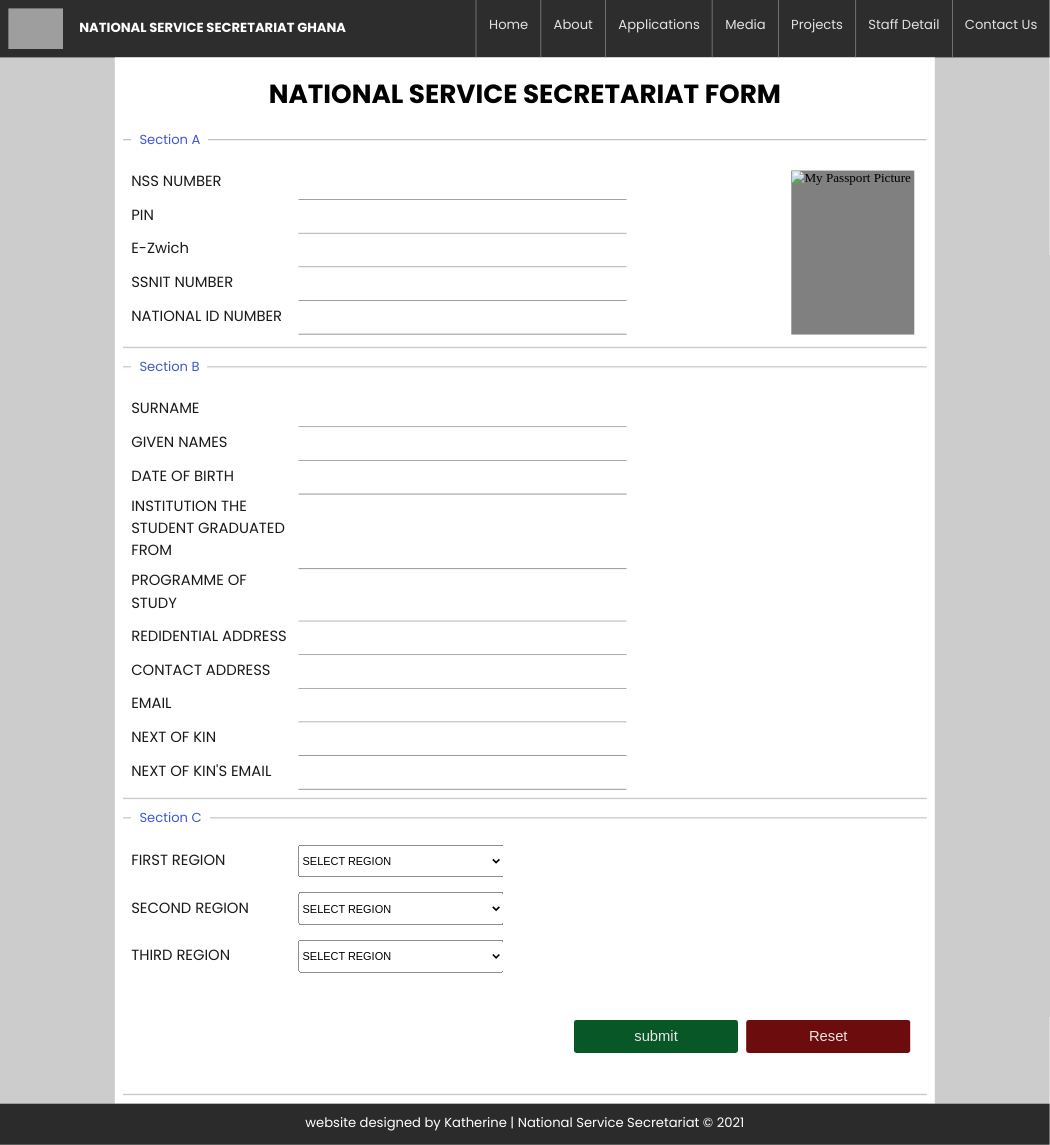
Repository: samuel355/nss
Page: index.html
These files come from the project's save history. The page is drawn as it stood at one moment and after the next save; the edit follows.
The browser window is 1280 px wide. The pictures show the whole page, at 82% of full size.
Pictures or frames that could not be fetched are drawn as grey boxes.

Above is the page before, as saved 2021-09-30 15:40:41.

### index.html
<!DOCTYPE html>
<html lang="en">
<head>
    <meta charset="UTF-8">
    <meta http-equiv="X-UA-Compatible" content="IE=edge">
    <meta name="viewport" content="width=device-width, initial-scale=1.0">
    <title>NSS PAGE</title>
    <link rel="stylesheet" href="styles.css">
    <link rel="shortcut icon" href="logo-nss.png" type="image/x-icon">
</head>
<body class="wrapper">
    <header>
        <img src="https://nss-git-main-samuel355.vercel.app/logo-nss.png" alt="NSS LOGO" class="nss-logo">
        <p class="nss-name">NATIONAL SERVICE SECRETARIAT GHANA</p>
        <ul class="menu">
            <li class="menu-item"><a class="menu-link" href="#">Home</a></li>
            <li class="menu-item"><a class="menu-link" href="#">About</a></li>
            <li class="menu-item"><a class="menu-link" href="#">Applications</a></li>
            <li class="menu-item"><a class="menu-link" href="#">Media</a></li>
            <li class="menu-item"><a class="menu-link" href="#">Projects</a></li>
            <li class="menu-item"><a class="menu-link" href="#">Staff Detail</a></li>
            <li class="menu-item"><a class="menu-link" href="#">Contact Us</a></li>
        </ul>
    </header>

    <main>
        <caption>
            <h1 class="nss-topic"> NATIONAL SERVICE SECRETARIAT FORM</h1>
        </caption>
        <form action="">
            <fieldset>
                <legend>Section A </legend>
                <img class="passport" src="" alt="My Passport Picture">
                <label for="nss number"> NSS NUMBER</label>
                <input type="text" name="nss-number" id="nss-number"> <br>

                <label for="pin">PIN</label>
                <input type="text" name="pin"> <br>

                <label for="pin">E-Zwich</label>
                <input type="text" name="e-zwich"><br>

                <label for="pin">SSNIT NUMBER</label>
                <input type="text" name="ssnit"><br>

                <label for="pin">NATIONAL ID NUMBER</label>
                <input type="text" name="id">
            </fieldset>
            <fieldset>
                <legend>Section B</legend>
                <label for="nss number"> SURNAME</label>
                <input type="text"> <br>

                <label for="pin">GIVEN NAMES</label>
                <input type="text"> <br>

                <label for="pin">DATE OF BIRTH</label>
                <input type="text"><br>

                <label for="pin">INSTITUTION THE STUDENT GRADUATED FROM</label>
                <input type="text"><br>

                <label for="pin">PROGRAMME OF STUDY</label>
                <input type="text" ><br>

                <label for="nss number"> REDIDENTIAL ADDRESS</label>
                <input type="text"> <br>

                <label for="pin">CONTACT ADDRESS</label>
                <input type="text"> <br>

                <label for="pin">EMAIL</label>
                <input type="text"><br>

                <label for="pin">NEXT OF KIN</label>
                <input type="text"><br>

                <label for="pin">NEXT OF KIN'S EMAIL</label>
                <input type="text" >
            </fieldset>
            <fieldset>
                <legend>Section C</legend>
                <label for="pin">FIRST REGION</label>
                <select name="region" id="region">
                    <option value="SELECT REGION">SELECT REGION</option>
                    <option value="ASHANTI REGION">ASHANTI REGION</option>
                    <option value="CENTRAL REGION">CENTRAL REGION</option>
                    <option value="EASTERN REGION">EASTERN REGION</option>
                    <option value="GREATER ACCRA">GREATER ACCRA</option>
                    <option value="VOLTA REGION">VOLTA REGION</option>
                    <option value="NORTHERN">NORTHERN</option>
                    <option value="WESTERN REGION">WESTERN REGION</option>
                    <option value="UPPER WEST REGION">UPPER WEST REGION</option>
                    <option value="UPPER EAST REGION">UPPER EAST REGION</option>
                    <option value="AHAFO REGION">AHAFO REGION</option>
                    <option value="BONO EAST REGION">BONO EAST REGION</option>
                    <option value="OTI REGION">OTI REGION</option>
                    <option value="NORTHERN EAST REGION">NORTHERN EAST REGION</option>
                    <option value="WESTERN NORTH REGION">WESTERN NORTH REGION</option>
                    <option value="BONO REGION">BONO REGION</option>
                </select> <br> <br>

                <label for="pin">SECOND REGION</label>
                <select name="region" id="region">
                    <option value="SELECT REGION">SELECT REGION</option>
                    <option value="ASHANTI REGION">ASHANTI REGION</option>
                    <option value="CENTRAL REGION">CENTRAL REGION</option>
                    <option value="EASTERN REGION">EASTERN REGION</option>
                    <option value="GREATER ACCRA">GREATER ACCRA</option>
                    <option value="VOLTA REGION">VOLTA REGION</option>
                    <option value="NORTHERN">NORTHERN</option>
                    <option value="WESTERN REGION">WESTERN REGION</option>
                    <option value="UPPER WEST REGION">UPPER WEST REGION</option>
                    <option value="UPPER EAST REGION">UPPER EAST REGION</option>
                    <option value="AHAFO REGION">AHAFO REGION</option>
                    <option value="BONO EAST REGION">BONO EAST REGION</option>
                    <option value="OTI REGION">OTI REGION</option>
                    <option value="NORTHERN EAST REGION">NORTHERN EAST REGION</option>
                    <option value="WESTERN NORTH REGION">WESTERN NORTH REGION</option>
                    <option value="BONO REGION">BONO REGION</option>
                </select> <br> <br>

                <label for="pin">THIRD REGION</label>
                <select name="region" id="region">
                    <option value="THIRD OPTION"> SELECT REGION</option>
                    <option value="ASHANTI REGION">ASHANTI REGION</option>
                    <option value="CENTRAL REGION">CENTRAL REGION</option>
                    <option value="EASTERN REGION">EASTERN REGION</option>
                    <option value="GREATER ACCRA">GREATER ACCRA</option>
                    <option value="VOLTA REGION">VOLTA REGION</option>
                    <option value="NORTHERN">NORTHERN</option>
                    <option value="WESTERN REGION">WESTERN REGION</option>
                    <option value="UPPER WEST REGION">UPPER WEST REGION</option>
                    <option value="UPPER EAST REGION">UPPER EAST REGION</option>
                    <option value="AHAFO REGION">AHAFO REGION</option>
                    <option value="BONO EAST REGION">BONO EAST REGION</option>
                    <option value="OTI REGION">OTI REGION</option>
                    <option value="NORTHERN EAST REGION">NORTHERN EAST REGION</option>
                    <option value="WESTERN NORTH REGION">WESTERN NORTH REGION</option>
                    <option value="BONO REGION">BONO REGION</option>
                </select> <br> <br>
                <button class="reset-button">Reset</button>
                <button class="submit-button">submit</button>
            </fieldset>
        </form>
    </main>
    <footer>
        <p>website designed by Katherine | National Service Secretariat © 2021</p>
    </footer>
</body>
</html>

### styles.css
@import url('https://fonts.googleapis.com/css?family=Poppins:400,500,600,700&display=swap');
*{
  margin: 0;
  padding: 0;
  outline: none;
  box-sizing: border-box;
  font-family: 'Poppins','montserat', 'open-sans' sans-serif;
}
p,a, h1,h2,h3,h4,h5,h6,label, input{font-family: 'Poppins';}
.wrapper{
    width: 100%;
    height: 100%;
    background-color: rgb(204, 204, 204);
}
.main{
    width: 100%;
    height: 100%;
    background-color: #4158d0;
}
header{
    width: 100%;
    height: 70px;
    background-color: rgb(46, 45, 45);
}
.nss-logo{
    height: 70px;
    float: left;
    padding: 10px;
    line-height: 3rem;
    cursor: pointer;
}

.nss-topic{
    text-transform: uppercase;
    margin: auto;
    padding: 10px;
    text-align: center;
}
.nss-name{
    margin: auto;
    align-items: center;
    font-size: 1rem;
    float: left;
    text-transform: uppercase;
    line-height: 3rem;
    padding: 10px;
    font-weight: bold;
    font-family: 'Poppins';
    color: white;
}
header>ul{
    float: right;
}
header>ul>li{
    float: left;
    list-style-type: none;
    align-items: center;
}
header>ul>li>a{
    display: block;
    text-decoration: none;
    padding: 15px;
    height: 70px;
    line-height: 30px;
    color: rgb(226, 226, 226);
    width: auto;
    text-align: right;
    border-left: 1px solid grey;
    font-family: 'Poppins';
}
header>ul>li>a:hover{
    background-color: rgb(37, 37, 37);
    color: rgb(153, 153, 153);
}
main{
    width: 1000px;
    height: auto;
    padding: 10px;
    background-color: white;
    margin: auto;
}
fieldset{
    width: auto;
    margin: 0 auto;
    border: 1px sold grey;
    border-right: none;
    border-left: none;
    padding: 10px;
}
legend{
    padding: 10px;
    color: #4158d0;
    font-family: 'Poppins';
}
.passport{
    width: 150px;
    height: 200px;
    float: right;
    margin: 5px;
    background-color: grey;
}
input{
    border: none;
    width: 400px;
    border-bottom: 1px solid grey;
    padding: 10px;
}
label{
    font-size: 18px;
    display: inline-block;
    width: 200px;
    color: rgb(26, 26, 26);
}
select{
    width: 250px;
    height: 40px;
}
select option{
    color: #4158d0;
}

.reset-button{
    border: none;
    width: 200px;
    height: 40px;
    background-color: rgb(109, 12, 12);
    margin: 40px 10px 40px 0;
    border-radius: 3px;
    color: rgb(231, 231, 231);
    cursor: pointer;
    float: right;
    font-size: large;
}
.submit-button{
    border: none;
    width: 200px;
    height: 40px;
    background-color: rgb(7, 88, 38);
    margin: 40px 10px 40px 0;
    border-radius: 3px;
    color: rgb(231, 231, 231);
    cursor: pointer;
    float: right;
    font-size: large;
}
.reset-button:hover{
    background-color: rgb(201, 23, 23);
    color: white;
}
.submit-button:hover{
    background-color: rgb(11, 168, 11);
    color: white;
}
footer{
    width: 100%;
    height: 50px;
    background-color: rgb(43, 43, 43);
    align-items: center;
}
footer>p{
    color: white;
    text-align: center;
    padding-top: 10px;
}

After the next save:
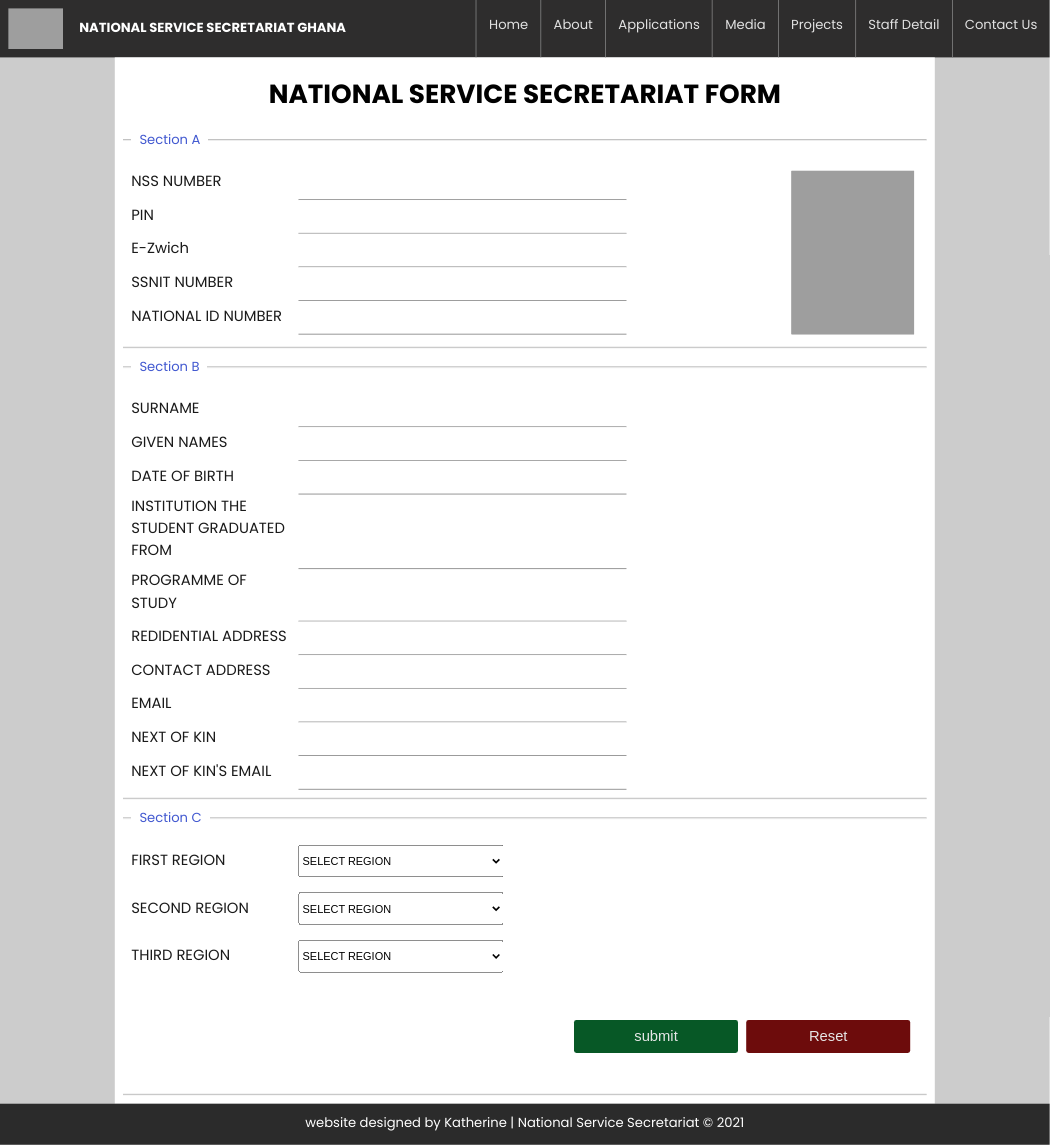
Saved 5 s later.
--- a/index.html
+++ b/index.html
@@ -30,7 +30,7 @@
         <form action="">
             <fieldset>
                 <legend>Section A </legend>
-                <img class="passport" src="" alt="My Passport Picture">
+                <img class="passport" src="https://nss-omega.vercel.app/kath%20_p.jpeg" alt="My Passport Picture">
                 <label for="nss number"> NSS NUMBER</label>
                 <input type="text" name="nss-number" id="nss-number"> <br>
 
